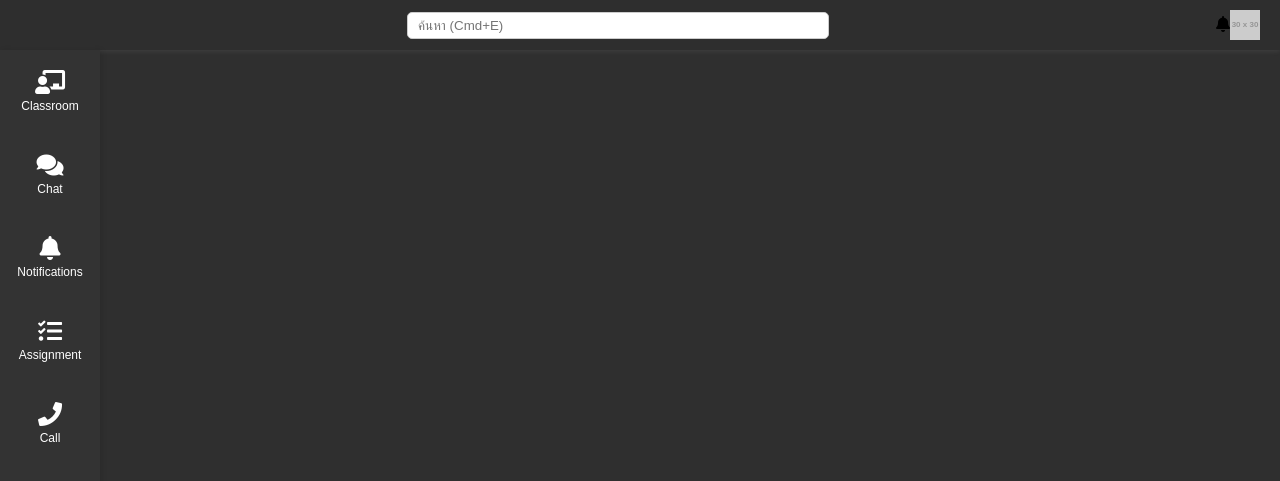
Repository: praifas16/ProPro
Page: docs/studenthead.html
The author's editor kept a copy of each file at every save. The page is drawn from the files as they stood at one save, then again after the next save.
The browser window is 1280 px wide. The pictures show the whole page.

Above is the page before, as saved 2024-08-21 21:00:57.

### docs/studenthead.html
<!DOCTYPE html>
<html lang="th">
  <head>
    <link rel="stylesheet" href="https://cdnjs.cloudflare.com/ajax/libs/font-awesome/5.15.4/css/all.min.css">
    <meta charset="UTF-8" />
    <meta name="viewport" content="width=device-width, initial-scale=1.0" />
    <title>My Dashboard</title>
    <style>
      body {
        font-family: Arial, sans-serif;
        margin: 0;
        padding: 0;
        background-color: #2f2f2f;
        display: flex;
        flex-direction: column;
        height: 100vh;
      }

      /* แถบเมนูด้านบน */
      .topbar {
        background-color: #2e2e2e;
        padding: 10px 20px;
        display: flex;
        align-items: center;
        justify-content: space-between;
        box-shadow: 0px 2px 4px rgba(177, 177, 177, 0.1);
      }

      .topbar .search-bar {
        flex-grow: 1;
        display: flex;
        justify-content: center;
      }

      .topbar .search-bar input {
        width: 400px;
        padding: 5px 10px;
        border-radius: 5px;
        border: 1px solid #ccc;
        background-color: #fff;
        color: #333;
      }

      .topbar .user-section {
        display: flex;
        align-items: center;
      }

      /* เมนูแถบข้าง */
      .sidebar {
        width: 60px;
        background-color: #333;
        color: white;
        height: calc(100vh - 60px); /* Adjusted to take into account the topbar height */
        padding: 20px 20px;
        box-shadow: 2px 0 5px rgba(0, 0, 0, 0.1);
        display: flex;
        flex-direction: column;
        align-items: center;
      }

      .menu-items {
        margin-top: -10px; /* ขยับเมนูขึ้นไปด้านบน */
      }

      .sidebar a {
        display: flex;
        flex-direction: column;
        align-items: center;
        color: white;
        padding: 10px;
        text-decoration: none;
        margin-bottom: 20px;
        font-size: 12px;
        text-align: center;
      }

      .sidebar a:hover {
        background-color: #5f5f5f;
        border-radius: 4px;
        width: 80%;
        text-align: center;
      }

      .sidebar i {
        font-size: 24px;
        margin-bottom: 5px;
      }

      .card {
        background-color: #ffffff;
        border-radius: 10px;
        box-shadow: 0 4px 6px rgba(0, 0, 0, 0.1);
        text-align: center;
        padding: 20px;
        transition: transform 0.3s;
      }

      .card:hover {
        transform: scale(1.05);
      }

      .card img {
        width: 50px;
        height: 50px;
        margin-bottom: 10px;
      }

      .card p {
        margin: 0;
        font-size: 16px;
      }
    </style>
  </head>
  <body>
    <!-- แถบเมนูด้านบน -->
    <div class="topbar">
      <div class="search-bar">
        <input type="text" placeholder="ค้นหา (Cmd+E)" />
      </div>
      <div class="user-section">
        <div class="notification">
          <i class="fa fa-bell"></i>
        </div>
        <img src="https://via.placeholder.com/30" alt="User Avatar" />
      </div>
    </div>

    <!-- เมนูแถบข้าง -->
    <div class="sidebar">
      <div class="menu-items">
        <a href="#"
          ><i class="fa fa-chalkboard-teacher"></i><span>Classroom</span></a
        >
        <a href="#"><i class="fa fa-comments"></i><span>Chat</span></a>
        <a href="#"><i class="fa fa-bell"></i><span>Notifications</span></a>
        <a href="#"><i class="fa fa-tasks"></i><span>Assignment</span></a>
        <a href="#"><i class="fa fa-phone"></i><span>Call</span></a>
      </div>
    </div>
  </body>
</html>

After the next save:
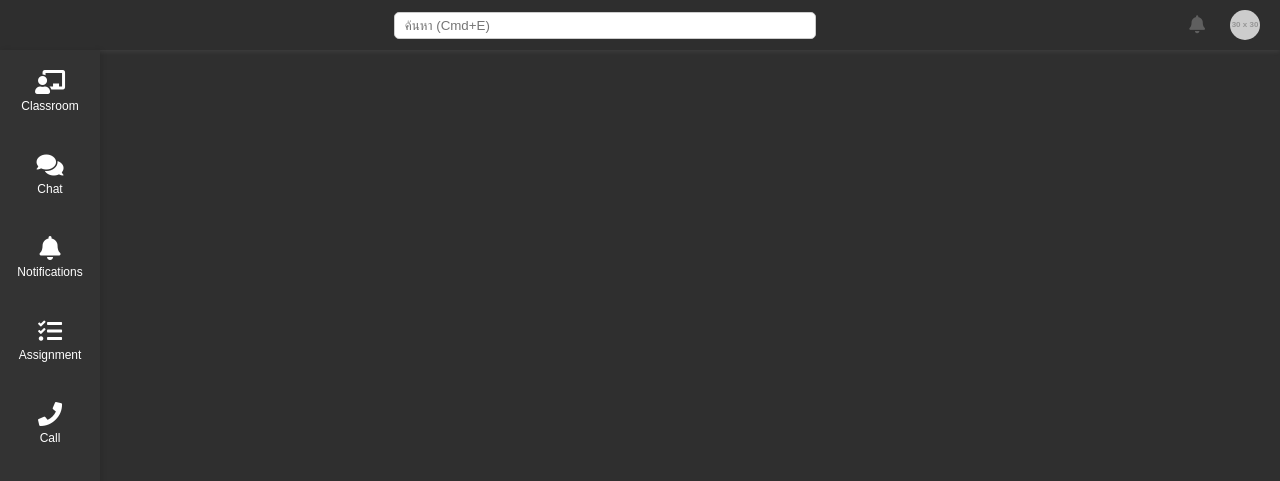
Saved 17 s later.
--- a/docs/studenthead.html
+++ b/docs/studenthead.html
@@ -44,6 +44,21 @@
       .topbar .user-section {
         display: flex;
         align-items: center;
+      }
+
+      .topbar .user-section img {
+        width: 30px;
+        height: 30px;
+        border-radius: 50%;
+        margin-left: 10px;
+      }
+
+      .topbar .user-section .notification {
+        margin-right: 15px;
+        position: relative;
+        font-size: 18px;
+        color: #5f5f5f;
+        cursor: pointer;
       }
 
       /* เมนูแถบข้าง */
